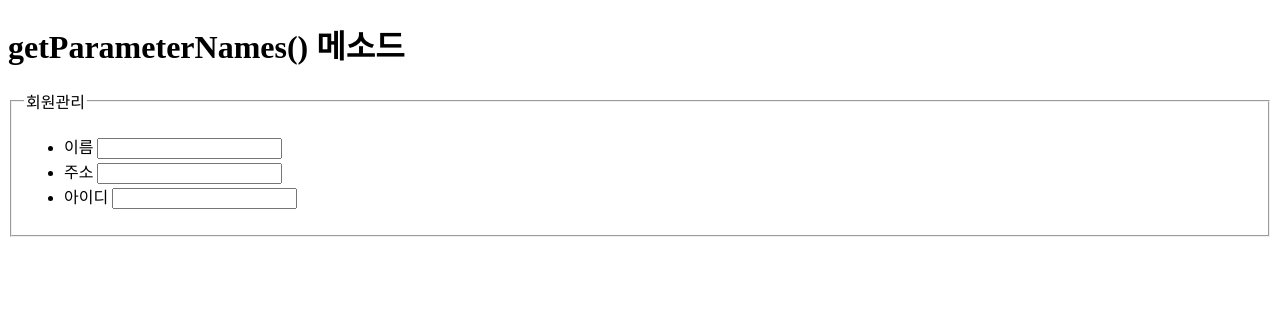
Repository: seminocoe/JSP_STUDY
Page: http://localhost/ServletProject/login/memberForm.jsp
The author's editor kept a copy of each file at every save. The page is drawn from the files as they stood at one save, then again after the next save.
The browser window is 1280 px wide. The pictures show the whole page.
The page is served by Tomcat 9.

Above is the page before, as saved 2022-07-29 02:44:55.

After the next save:
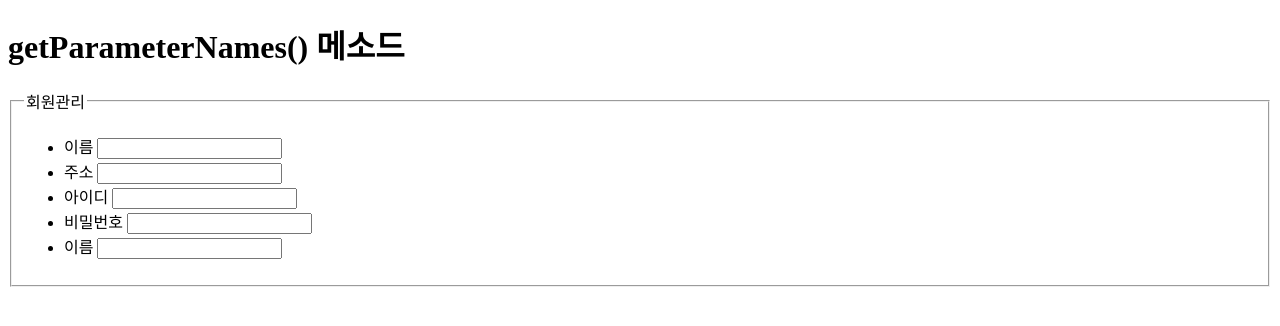
Saved 22 s later.
--- a/ServletProject/src/main/webapp/login/memberForm.jsp
+++ b/ServletProject/src/main/webapp/login/memberForm.jsp
@@ -27,6 +27,16 @@
 						<input type="text" name="userid">
 					</li>
 
+					<li>
+						<label for="passwd">비밀번호</label>
+						<input type="text" name="passwd">
+					</li>
+
+					<li>
+						<label for="username">이름</label>
+						<input type="text" name="username">
+					</li>
+
 				</ul>
 		</fieldset>
 	</form>
